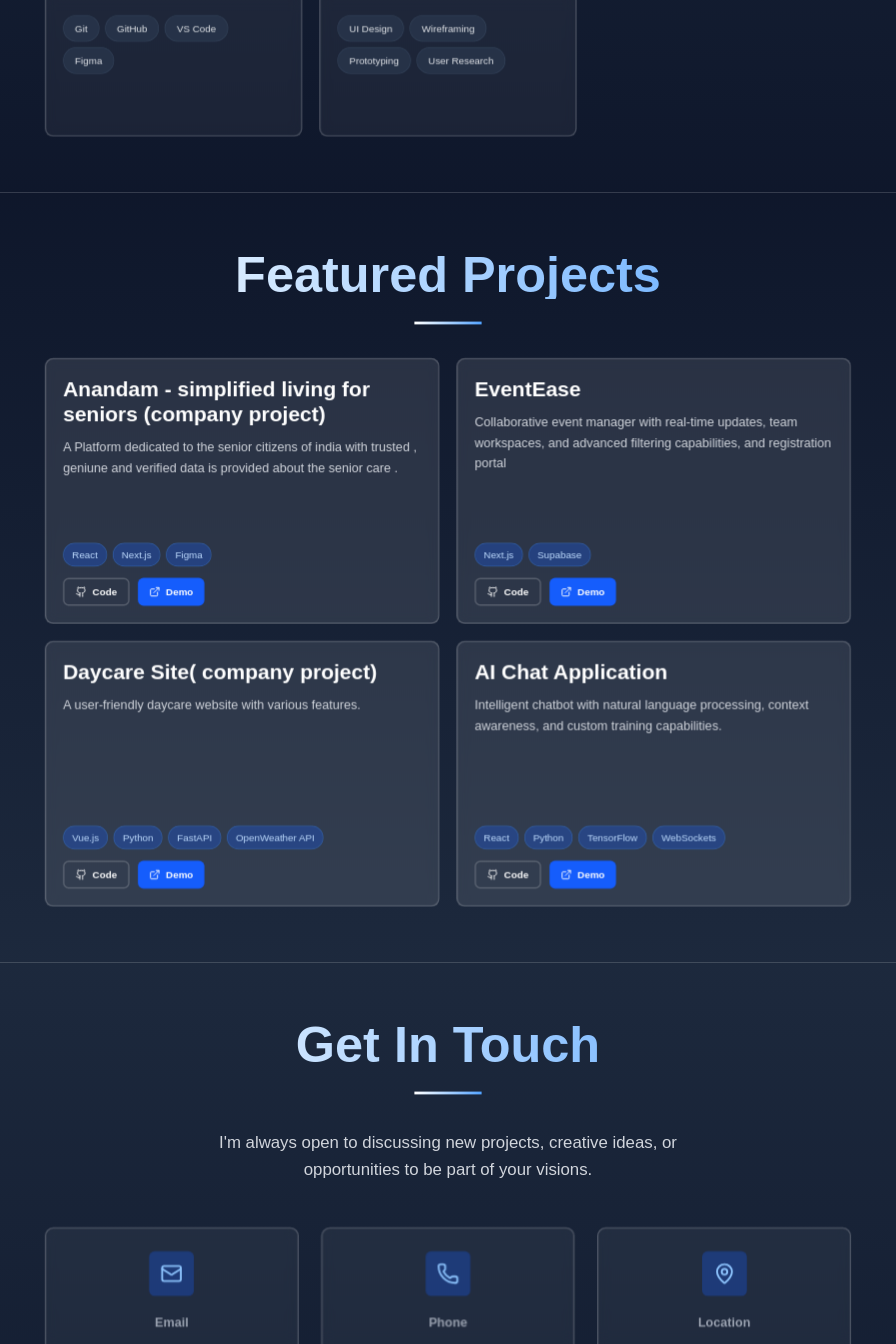
Repository: harshikabodekar/portfolio_awp
Page: /
The author's editor kept a copy of each file at every save. The page is drawn from the files as they stood at one save, then again after the next save.
The browser window is 1280 px wide. The pictures show the part of the page from y = 2459 to 4379 px (the page is 4940 px tall), at 70% of full size.
The project was rebuilt for these pictures with package versions that can differ from the ones it lists, and the page was loaded fresh each time. The framework's server and built-in components were replaced by stand-ins that run in the browser. Also part of the build but not shown: next.config.mjs.

Above is the page before, as saved 2025-10-15 21:46:43.

### src/app/page.js
import Navbar from "./components/Navbar";
import Hero from "./components/Hero";
import About from "./components/About";
import Skills from "./components/Skills";
import Project from "./components/Project";
import Contact from "./components/Contact";

export default function Home() {
  return (
    <main>
      <Navbar />
      <Hero />
      <About />
      <Skills />
      <Project />
      <Contact />
    </main>
  );
}

### src/app/components/Navbar.js
import React from 'react';

const Navbar = () => {
  return (
    <nav className="bg-gray-900 text-white py-4 px-6 fixed w-full top-0 left-0 z-50 shadow-lg">
      <div className="container mx-auto flex justify-between items-center">
        <h1 className="text-4xl font-bold">My Portfolio</h1>
        <ul className="flex space-x-12">
          <li><a href="#home" className="hover:text-blue-400 text-2xl">Home</a></li>
          <li><a href="#about" className="hover:text-blue-400 text-2xl">About</a></li>
          <li><a href="#skills" className="hover:text-blue-400 text-2xl">Skills</a></li>
          <li><a href="#projects" className="hover:text-blue-400 text-2xl">Projects</a></li>
          <li><a href="#contact" className="hover:text-blue-400 text-2xl">Contact</a></li>
        </ul>
      </div>
    </nav>
  );
};

export default Navbar;

### src/app/components/Hero.js
"use client";
import { Github, Linkedin, Mail } from 'lucide-react';
import Image from 'next/image';

const Hero = () => {
  return (
    <section
      id="home"
      className="py-20 px-6 bg-gradient-to-b from-slate-800 to-slate-900 text-white min-h-screen flex items-center justify-center"
    >
      <div className="container mx-auto px-4">
        <div className="max-w-6xl mx-auto">

          {/* Profile Image */}
          <div className="flex justify-center mb-12">
            <div className="relative w-64 h-64 md:w-80 md:h-80 rounded-full overflow-hidden border-4 border-blue-400/30 shadow-2xl">
              <Image
                src="/profile.jpeg.jpeg"
                alt="Harshika Bodekar"
                fill
                className="object-cover"
                priority
              />
            </div>
          </div>

          {/* Text Content - Centered like About page */}
          <div className="text-center">
            <h1 className="text-4xl sm:text-5xl md:text-6xl lg:text-7xl font-bold mb-8 bg-gradient-to-r from-white to-blue-400 bg-clip-text text-transparent">
              Harshika Bodekar
            </h1>
            <div className="w-24 h-1 bg-gradient-to-r from-white to-blue-400 mx-auto mb-12"></div>

            <p className="text-xl md:text-2xl lg:text-3xl text-gray-300 mb-8 leading-relaxed">
              Computer Science Student | Frontend Developer
            </p>

            <p className="text-xl md:text-2xl lg:text-3xl text-gray-300 mb-12 leading-relaxed">
              Crafting elegant digital experiences with modern technologies.
              Passionate about clean code, intuitive design, and building products that make a difference.
            </p>

            <div className="flex gap-6 justify-center">
              <a
                href="https://github.com/harshikabodekar"
                target="_blank"
                rel="noopener noreferrer"
                className="p-4 rounded-full border-2 border-white/20 hover:border-blue-400/50 transition-all duration-300 hover:bg-white/10"
                aria-label="GitHub Profile"
              >
                <Github className="w-6 h-6" />
              </a>
              <a
                href="https://linkedin.com/in/harshikabodekar"
                target="_blank"
                rel="noopener noreferrer"
                className="p-4 rounded-full border-2 border-white/20 hover:border-blue-400/50 transition-all duration-300 hover:bg-white/10"
                aria-label="LinkedIn Profile"
              >
                <Linkedin className="w-6 h-6" />
              </a>
              <a
                href="mailto:harshikabodekar02@gmail.com"
                className="p-4 rounded-full border-2 border-white/20 hover:border-blue-400/50 transition-all duration-300 hover:bg-white/10"
                aria-label="Email Contact"
              >
                <Mail className="w-6 h-6" />
              </a>
            </div>
          </div>

        </div>
      </div>
    </section>
  );
};

export default Hero;

### src/app/components/About.js
import React from 'react';

const About = () => {
  return (
    <section id="about" className="py-20 px-6 bg-gradient-to-b from-slate-900 to-slate-800 text-white">
      <div className="container mx-auto px-4">
        <div className="max-w-6xl mx-auto">
          <h2 className="text-4xl sm:text-5xl md:text-6xl lg:text-7xl font-bold mb-8 text-center bg-gradient-to-r from-white to-blue-400 bg-clip-text text-transparent">
            About Me
          </h2>
          <div className="w-24 h-1 bg-gradient-to-r from-white to-blue-400 mx-auto mb-12"></div>

          <div className="text-center">
            <p className="text-xl md:text-2xl lg:text-3xl text-gray-300 leading-relaxed mb-8">
              I am Harshika Bodekar, a Computer Science student at Pimpri Chinchwad University.
              With developing expertise in computer science, I craft robust backend solutions.
            </p>
            <p className="text-xl md:text-2xl lg:text-3xl text-gray-300 leading-relaxed mb-8">
              My journey is driven by a passion for building scalable, efficient systems that power modern applications.
              I enjoy tackling complex challenges and exploring cutting-edge tech.
            </p>
            <p className="text-xl md:text-2xl lg:text-3xl text-gray-300 leading-relaxed">
              When I'm not coding, you'll find me exploring new technologies, contributing to
              open-source projects, or sharing knowledge with the developer community.
            </p>
          </div>
        </div>
      </div>
    </section>
  );
};

export default About;

### src/app/components/Skills.js
"use client";
import React from 'react';
import { Code, Database, Layout, Server, Globe, Palette } from 'lucide-react';

const Skills = () => {
  const skillCategories = [
    {
      icon: Code,
      title: "Frontend Development",
      skills: ["React", "Next.js", "JavaScript", "TypeScript", "HTML5", "CSS3", "Tailwind CSS"]
    },
    {
      icon: Server,
      title: "Backend Development",
      skills: [ "Python", "C++", "Java"]
    },
    {
      icon: Database,
      title: "Database",
      skills: ["MongoDB", "Supabase", "MySQL"]
    },
    {
      icon: Layout,
      title: "Tools & Frameworks",
      skills: ["Git", "GitHub", "VS Code", "Figma"]
    },

    {
      icon: Palette,
      title: "Design & UI/UX",
      skills: ["UI Design", "Wireframing", "Prototyping", "User Research"]
    }
  ];

  return (
    <section id="skills" className="py-20 px-6 bg-gradient-to-b from-slate-800 to-slate-900 text-white">
      <div className="container mx-auto px-4">
        <div className="max-w-6xl mx-auto">
          <h2 className="text-4xl sm:text-5xl md:text-6xl lg:text-7xl font-bold mb-8 text-center bg-gradient-to-r from-white to-blue-400 bg-clip-text text-transparent">
            Skills & Expertise
          </h2>
          <div className="w-24 h-1 bg-gradient-to-r from-white to-blue-400 mx-auto mb-12"></div>

          <p className="text-center text-xl md:text-2xl text-gray-300 mb-16 max-w-3xl mx-auto leading-relaxed">
            A comprehensive set of technical skills and tools I use to build modern, scalable applications.
          </p>

          <div className="grid sm:grid-cols-1 md:grid-cols-2 lg:grid-cols-3 gap-6">
            {skillCategories.map((category, index) => {
              const IconComponent = category.icon;
              return (
                <div
                  key={index}
                  className="border-2 border-white/20 rounded-xl p-6 h-[280px] hover:border-blue-400/50 transition-all duration-300 backdrop-blur-sm bg-white/5 group flex flex-col"
                >
                  <div className="flex items-center gap-3 mb-6">
                    <div className="p-3 bg-blue-600/30 rounded-lg group-hover:bg-blue-600/50 transition-all duration-300">
                      <IconComponent className="w-8 h-8 text-blue-300" />
                    </div>
                    <h3 className="text-xl md:text-2xl font-bold text-white group-hover:text-blue-400 transition-colors">
                      {category.title}
                    </h3>
                  </div>

                  <div className="flex flex-wrap gap-2 flex-1 content-start">
                    {category.skills.map((skill, skillIndex) => (
                      <span
                        key={skillIndex}
                        className="px-4 py-2 bg-slate-700/50 border border-slate-600/50 rounded-full text-sm text-gray-200 hover:bg-blue-600/30 hover:border-blue-400/50 transition-all duration-300"
                      >
                        {skill}
                      </span>
                    ))}
                  </div>
                </div>
              );
            })}
          </div>
        </div>
      </div>
    </section>
  );
};

export default Skills;

### src/app/components/Project.js
import React from 'react';
import ProjectCard from './ProjectCard';
import { projectsData } from '../data/projects';

const Projects = () => {
  const projects = [
    {
      title: "Anandam - simplified living for seniors (company project)",
      description: "A Platform dedicated to the senior citizens of india with trusted , geniune and verified data is provided about the senior care .",
      tech: ["React"," Next.js","Figma"],

    },
    {
      title: "EventEase",
      description: "Collaborative event manager with real-time updates, team workspaces, and advanced filtering capabilities, and registration portal",
      tech: ["Next.js", "Supabase"],

    },
    {
      title: "Daycare Site( company project)",
      description: "A user-friendly daycare website with various features.",
      tech: ["Vue.js", "Python", "FastAPI", "OpenWeather API"],

    },
    {
      title: "AI Chat Application",
      description: "Intelligent chatbot with natural language processing, context awareness, and custom training capabilities.",
      tech: ["React", "Python", "TensorFlow", "WebSockets"],

    }
  ];

  return (
    <section id="projects" className="py-20 px-6 bg-gradient-to-b from-slate-900 to-slate-800 text-white">
      <div className="container mx-auto px-4">
        <div className="max-w-6xl mx-auto">
          <h2 className="text-4xl sm:text-5xl md:text-6xl lg:text-7xl font-bold mb-8 text-center bg-gradient-to-r from-white to-blue-400 bg-clip-text text-transparent">
            Featured Projects
          </h2>
          <div className="w-24 h-1 bg-gradient-to-r from-white to-blue-400 mx-auto mb-12"></div>

          <div className="grid sm:grid-cols-1 md:grid-cols-2 gap-6">
            {projects.map((project, index) => (
              <ProjectCard key={index} project={project} />
            ))}
          </div>
        </div>
      </div>
    </section>
  );
};

export default Projects;

### src/app/components/Contact.js
"use client";
import { Mail, Phone, MapPin, Github, Linkedin, Twitter } from 'lucide-react';

const Contact = () => {
  const contactInfo = [
    {
      icon: Mail,
      label: "Email",
      value: "harshikabodekar02@gmail.com",
      href: "mailto:harshikabodekar02@gmail.com"
    },
    {
      icon: Phone,
      label: "Phone",
      value: "+91 9130343030",
      href: "tel:+919130343030"
    },
    {
      icon: MapPin,
      label: "Location",
      value: "Pune, India",
      href: "#"
    }
  ];

  const socialLinks = [
    {
      icon: Github,
      label: "GitHub",
      href: "https://github.com/harshikabodekar"
    },
    {
      icon: Linkedin,
      label: "LinkedIn",
      href: "https://linkedin.com/in/harshikabodekar"
    },
    {
      icon: Twitter,
      label: "Twitter",
      href: "https://twitter.com/harshikabodekar"
    }
  ];

  return (
    <section id="contact" className="py-20 px-6 bg-gradient-to-b from-slate-800 to-slate-900 text-white">
      <div className="container mx-auto px-4">
        <div className="max-w-6xl mx-auto">
          <h2 className="text-4xl sm:text-5xl md:text-6xl lg:text-7xl font-bold mb-8 text-center bg-gradient-to-r from-white to-blue-400 bg-clip-text text-transparent">
            Get In Touch
          </h2>
          <div className="w-24 h-1 bg-gradient-to-r from-white to-blue-400 mx-auto mb-12"></div>

          <p className="text-center text-xl md:text-2xl text-gray-300 mb-16 max-w-3xl mx-auto leading-relaxed">
            I'm always open to discussing new projects, creative ideas, or opportunities to be part of your visions.
          </p>

          <div className="grid md:grid-cols-3 gap-8 mb-16">
            {contactInfo.map((info, index) => (
              <div
                key={index}
                className="border-2 border-white/20 rounded-xl p-8 hover:border-blue-400/50 transition-all duration-300 backdrop-blur-sm bg-white/5 text-center group"
              >
                <div className="inline-flex p-4 bg-blue-600/30 rounded-lg mb-6 group-hover:bg-blue-600/50 transition-all duration-300">
                  <info.icon className="w-8 h-8 text-blue-300" />
                </div>
                <h3 className="text-lg font-semibold text-gray-400 mb-3">{info.label}</h3>
                <a
                  href={info.href}
                  className="text-xl md:text-2xl text-white hover:text-blue-400 transition-colors duration-300 break-words"
                >
                  {info.value}
                </a>
              </div>
            ))}
          </div>

          <div className="border-2 border-white/20 rounded-xl p-10 backdrop-blur-sm bg-white/5">
            <h3 className="text-3xl md:text-4xl font-bold mb-8 text-center bg-gradient-to-r from-white to-blue-400 bg-clip-text text-transparent">
              Connect With Me
            </h3>

            <div className="flex justify-center gap-6 mb-10">
              {socialLinks.map((social, index) => (
                <a
                  key={index}
                  href={social.href}
                  target="_blank"
                  rel="noopener noreferrer"
                  className="p-4 rounded-full border-2 border-white/20 hover:border-blue-400/50 transition-all duration-300 hover:bg-white/10"
                  aria-label={social.label}
                >
                  <social.icon className="w-8 h-8" />
                </a>
              ))}
            </div>

            <div className="text-center">
              <a
                href="mailto:harshikabodekar02@gmail.com"
                className="inline-flex items-center gap-3 px-8 py-4 bg-blue-600 hover:bg-blue-700 rounded-full text-lg md:text-xl font-semibold transition-all duration-300 hover:shadow-lg hover:shadow-blue-500/50"
              >
                <Mail className="w-6 h-6" />
                Send Me an Email
              </a>
            </div>
          </div>
        </div>
      </div>
    </section>
  );
};

export default Contact;

### src/app/components/ProjectCard.js
"use client";
import { Github, ExternalLink } from 'lucide-react';

const ProjectCard = ({ project }) => {
  return (
    <div className="bg-white/10 backdrop-blur-sm border-2 border-white/20 rounded-xl p-6 h-[380px] hover:border-blue-400/50 transition-all duration-300 group flex flex-col">
      <h3 className="text-2xl md:text-3xl font-bold mb-4 text-white group-hover:text-blue-400 transition-colors">
        {project.title}
      </h3>

      <p className="text-base md:text-lg text-gray-300 mb-4 leading-relaxed flex-grow">
        {project.description}
      </p>

      <div className="flex flex-wrap gap-2 mb-4">
        {project.tech.map((tech, index) => (
          <span
            key={index}
            className="px-3 py-1.5 bg-blue-600/30 border border-blue-400/30 rounded-full text-sm text-blue-200 font-medium"
          >
            {tech}
          </span>
        ))}
      </div>

      <div className="flex gap-3">
        <a
          href={project.github}
          target="_blank"
          rel="noopener noreferrer"
          className="flex items-center gap-2 px-4 py-2 border-2 border-white/20 rounded-lg hover:border-blue-400/50 hover:bg-white/10 transition-all duration-300 text-sm font-semibold"
        >
          <Github className="w-4 h-4" />
          Code
        </a>
        <a
          href={project.demo}
          target="_blank"
          rel="noopener noreferrer"
          className="flex items-center gap-2 px-4 py-2 bg-blue-600 hover:bg-blue-700 rounded-lg transition-all duration-300 text-sm font-semibold"
        >
          <ExternalLink className="w-4 h-4" />
          Demo
        </a>
      </div>
    </div>
  );
};

export default ProjectCard;

Loaded but not shown: src/app/layout.js (common file); src/app/globals.css (common file); src/app/data/projects.js (no stored copy; drawn as an empty file)

After the next save:
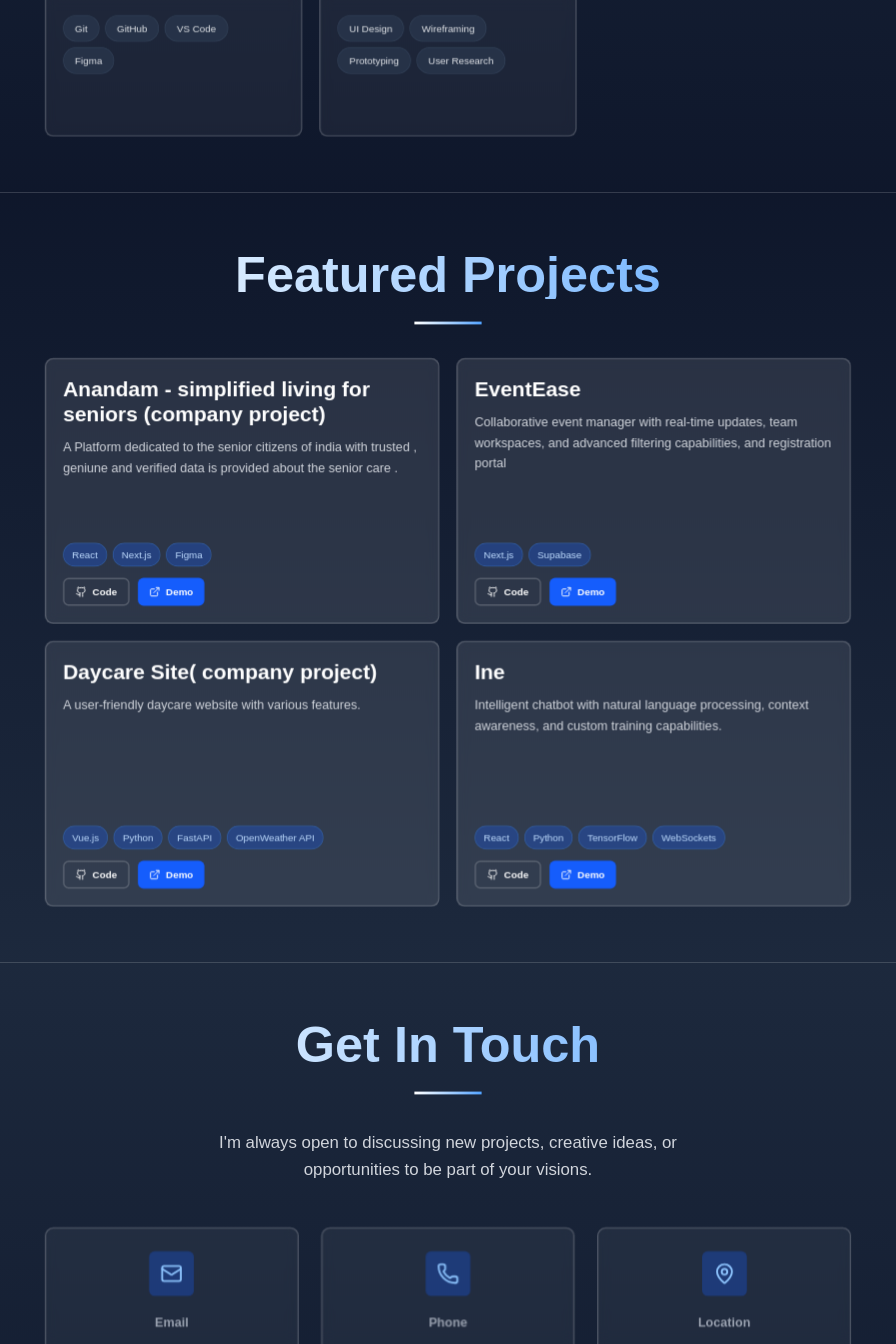
Saved 15 s later.
--- a/src/app/components/Project.js
+++ b/src/app/components/Project.js
@@ -23,7 +23,7 @@ const Projects = () => {
 
     },
     {
-      title: "AI Chat Application",
+      title: "Ine",
       description: "Intelligent chatbot with natural language processing, context awareness, and custom training capabilities.",
       tech: ["React", "Python", "TensorFlow", "WebSockets"],
 
